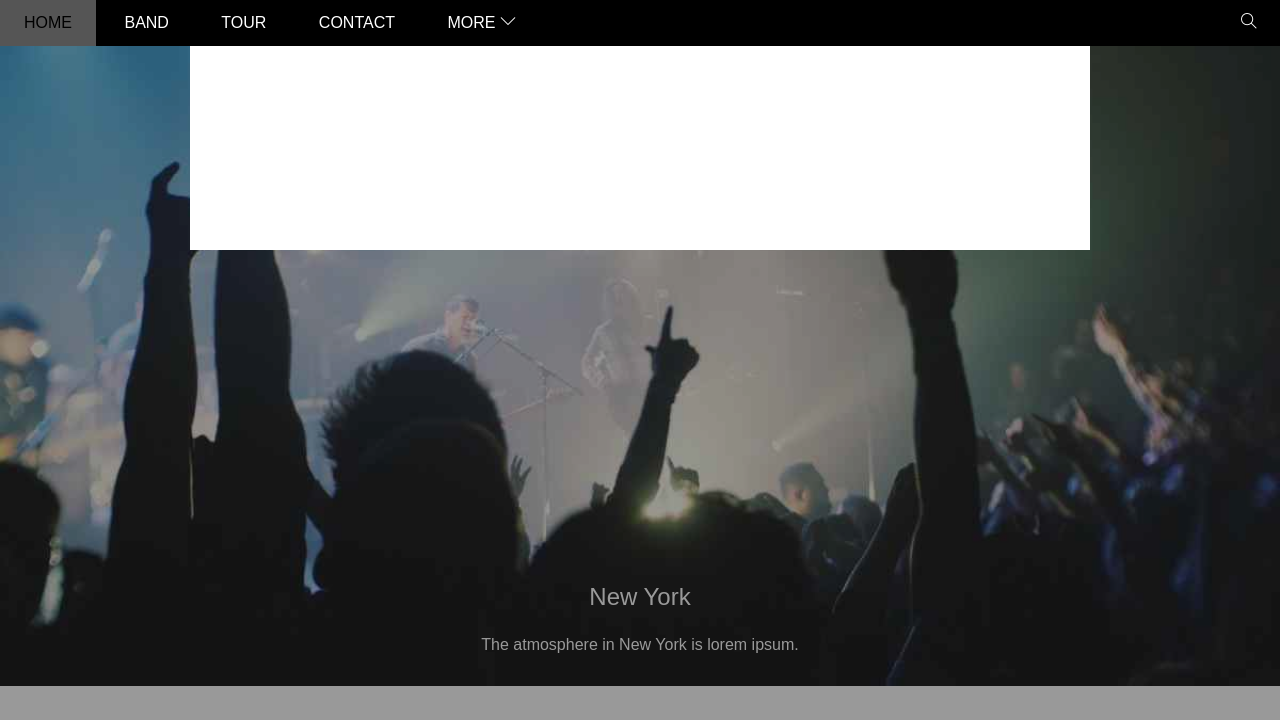
Repository: tung1233hhhhhhhhhhhhh/Website
Page: w3_band/index.html
The author's editor kept a copy of each file at every save. The page is drawn from the files as they stood at one save, then again after the next save.
The browser window is 1280 px wide. The pictures show the window.
A layer covers the whole window, so only the first screen is drawn.

Above is the page before, as saved 2023-02-18 21:12:13.

### w3_band/index.html
<!DOCTYPE html>
<html lang="en">

<head>
    <meta charset="UTF-8">
    <meta http-equiv="X-UA-Compatible" content="IE=edge">
    <meta name="viewport" content="width=device-width, initial-scale=1.0">
    <title>Document</title>
    <link rel="stylesheet" href="./assets/css/style.css">
    <link rel="stylesheet" href="/w3_band/assets/fonts/themify-icons/themify-icons.css">
    <link rel="stylesheet" href="./modal.js">
</head>

<body>
    <div id="main">
        <div id="header">
            <div id="nav">
                <ul>
                    <li><a href="">Home</a></li>
                    <li><a href="">Band</a></li>
                    <li><a href="">Tour</a></li>
                    <li><a href="">Contact</a></li>
                    <li class="icon">
                        <a href="">
                            More
                            <i class="ti-angle-down"></i>
                        </a>
                        <div class="subnav">
                            <ul>
                                <li><a href="">Merchandise</a></li>
                                <li><a href="">Extras</a></li>
                                <li><a href="">Media</a></li>
                            </ul>
                        </div>
                    </li>
                </ul>
                <div class="icon-search">
                    <i class="ti-search"></i>
                </div>
            </div>
        </div>

        <div id="slider">
            <div class="silder-content">
                <h2 class="silder-heading">New York</h2>
                <p class="silder-discreption">The atmosphere in New York is lorem ipsum.</p>
            </div>
        </div>

        <div id="content">
            <!-- about content -->
            <div class="content-selection">
                <h2 class="text-heading">THE BAND</h2>
                <p class="text-sub-heading">We love music</p>
                <p class="text-content">
                    We have created a fictional band website. Lorem ipsum dolor sit amet, consectetur adipiscing elit,
                    sed do eiusmod tempor incididunt ut labore et dolore magna aliqua. Ut enim ad minim veniam, quis
                    nostrud exercitation ullamco laboris nisi ut aliquip ex ea commodo consequat. Duis aute irure dolor
                    in reprehenderit in voluptate velit esse cillum dolore eu fugiat nulla pariatur. Excepteur sint
                    occaecat cupidatat non proident, sunt in culpa qui officia deserunt mollit anim id est laborum
                    consectetur adipiscing elit, sed do eiusmod tempor incididunt ut labore et dolore magna aliqua. Ut
                    enim ad minim veniam, quis nostrud exercitation ullamco laboris nisi ut aliquip ex ea commodo
                    consequat.
                </p>
                <!-- img -->
                <div class="team-selection">
                    <div class="sub-selection">
                        <p class="text-selection">Team</p>
                        <img src="/w3_band/assets/img/name.jpg" alt="" class="img-selection">
                    </div>

                    <div class="sub-selection">
                        <p class="text-selection">Team</p>
                        <img src="/w3_band/assets/img/name.jpg" alt="" class="img-selection">
                    </div>

                    <div class="sub-selection">
                        <p class="text-selection">Team</p>
                        <img src="/w3_band/assets/img/name.jpg" alt="" class="img-selection">
                    </div>
                </div>
            </div>

            <!-- tour content -->

            <div class="content-tour">
                <div class="tour-body">
                    <div class="content-selection">
                        <h2 class="text-heading">TOUR DATES</h2>
                        <p class="text-sub-heading">Remember to book your tickets!</p>
                    </div>

                    <ul class="tour-text">
                        <li>
                            September
                            <span>Sold out</span>
                        </li>
                        <li>
                            October
                            <span>Sold out</span>
                        </li>
                        <li>
                            November
                            <span class="number">3</span>
                        </li>
                    </ul>

                    <div class="tour-list">
                        <div class="tourimg-selection">
                            <img src="/w3_band/assets/img/anh1.jpg" alt="">
                            <div class="container">
                                <p>
                                    <b>New York</b>
                                </p>
                                <p style="opacity: 0.6;">Fri 27 Nov 2016</p>
                                <p>Praesent tincidunt sed tellus ut rutrum sed vitae justo.</p>
                                <button> Buy Tickets</button>
                            </div>


                        </div>
                        <div class="tourimg-selection">
                            <img src="/w3_band/assets/img/anh2.jpg" alt="">
                            <div class="container">
                                <p>
                                    <b>Paris</b>
                                </p>
                                <p style="opacity: 0.6;">Sat 28 Nov 2016</p>
                                <p>Praesent tincidunt sed tellus ut rutrum sed vitae justo.</p>
                                <button> Buy Tickets</button>
                            </div>
                        </div>
                        <div class="tourimg-selection">
                            <img src="/w3_band/assets/img/anh3.jpg" alt="">
                            <div class="container">
                                <p>
                                    <b>San Francisco</b>
                                </p>
                                <p style="opacity: 0.6;">Sun 29 Nov 2016</p>
                                <p>Praesent tincidunt sed tellus ut rutrum sed vitae justo.</p>
                                <button> Buy Tickets</button>
                            </div>
                        </div>
                    </div>
                </div>
            </div>

            <!-- contact content -->

            <div class="contact-content">
                <div class="content-selection">
                    <h2 class="text-heading">CONTACT</h2>
                    <p class="text-sub-heading">Fan? Drop a note!</p>
                    <div class="contact">
                        <div class="contact-left">
                            <i class="ti-location-pin"></i>
                            Chicago, US
                            <br>
                            <i class="ti-mobile"></i>
                            Phone: +00 151515
                            <br>
                            <i class="ti-email"></i>
                            Email: mail@mail.com
                        </div>
                        <div class="contact-right">
                            <form action="">
                                <div class="account">
                                    <input type="text" placeholder="Name">
                                    <input type="text" placeholder="Email">
                                </div>
                                <input class="mes" type="text" placeholder="Message">
                                <button>SEND</button>
                            </form>
                        </div>
                    </div>
                </div>

            </div>

            <!-- image of location/map -->

            <div class="banner-image">
                <img src="/w3_band/assets/img/map.jpg" alt="">

            </div>


        </div>

        <div id="footer">
            <i class="ti-facebook"></i>
            <i class="ti-instagram"></i>
            <i class="ti-vimeo-alt"></i>
            <i class="ti-pinterest"></i>
            <i class="ti-twitter-alt"></i>
            <i class="ti-linkedin"></i>
            <p>Powered by <a href="">w3.css</a></p>
        </div>
    </div>
    <div class="modal">
        <div class="modal-container">
            <div class="modal-close">
                <i class="ti-close"></i>
            </div>
            <header>
                <i class="ti-bag"></i>
            </header>
            <div class="modal-body">
                <label for="" class="modal-lable">
                    <i class="ti-shopping-cart"></i>
                    Tickets, $15 per person
                </label>
                <input type="text" class="input-lable" placeholder="How many?">
                <label for="" class="modal-lable">
                    <i class="ti-user"></i>
                    Send To
                </label>
                <input type="text" class="input-lable" placeholder="Enter email">
            </div>
            <button class="modal-button">PAY</button>
            <p>need<a href="">help</a></p>

        </div>
    </div>


</body>

</html>

### w3_band/assets/css/style.css
* {
    padding: 0;
    margin: 0;
    box-sizing: border-box;
}

html {
    font-family: Arial, Helvetica, sans-serif;
}

#main {}

#header {
    height: 46px;
    background-color: #000;
    position: fixed;
    top: 0;
    right: 0;
    left: 0;
    z-index: 1;
}

#nav li {
    display: inline-block;
    position: relative;
}

#nav li:hover .subnav {
    display: block;
}

#nav>ul>li:hover>a>i,
#nav .subnav li:hover,
#nav>ul>li:hover>a {
    color: #000;
    background-color: #555;
}

#nav .subnav {
    display: none;
    position: absolute;
    background-color: #FFF;
    box-shadow: 0 0 20px rgba(0, 0, 0, 0.4);
}

#nav .subnav a {
    color: #000;
    padding: 0 12px;
    line-height: 38px;
}

#nav .subnav ul li {
    display: block;
    min-width: 150px;
}

#nav>ul>li>a {
    color: #fff;
    text-transform: uppercase;
}

#nav ul {
    display: inline-block;
}

#nav li a {
    text-decoration: none;
    line-height: 46px;
    padding: 0 24px;
    display: block;
}

#nav i {
    color: #fff;
    width: 20px;
}

#header .icon-search {
    display: block;
    float: right;
    line-height: 46px;
    padding: 0 23px;
}

#header .icon-search:hover {
    cursor: pointer;
    background-color: #f44336;
}

#slider {
    margin-top: 46px;
    padding-top: 50%;
    background: url(/w3_band/assets/img/ny.jpg) top center / cover no-repeat;
    position: relative;
}

.silder-content {
    position: absolute;
    bottom: 0;
    color: #fff;
    padding-bottom: 32px;
    text-align: center;
    width: 100%;
}

.silder-heading {
    font-weight: 500;
}

.silder-discreption {
    margin-top: 25px;
}

#content {}

#content .content-selection {
    padding: 64px 0px;
    margin-left: auto;
    margin-right: auto;
    width: 800px;
}

#content .content-selection .text-heading {
    text-align: center;
    font-size: 30px;
    font-weight: 500;
    letter-spacing: 4px;
}

#content .content-selection .text-sub-heading {
    text-align: center;
    font-size: 15px;
    margin-top: 25px;
    opacity: 0.6;
    font-style: italic;
}

#content .content-selection .text-content {
    font-size: 15px;
    margin-top: 25px;
    text-align: justify;
    line-height: 1.4;
}

#content .content-selection .team-selection {
    padding-top: 47px;
    padding-bottom: 32px;
    justify-items: space-between;
}

#content .team-selection .sub-selection {
    display: inline-block;
    text-align: center;
}

#content .sub-selection p {
    margin: 15px 0;
}



#content .team-selection .img-selection {
    width: 60%;
    border-radius: 4px;
    margin-bottom: 16px;
}

/* tour content  */


#content .content-tour {
    height: 850px;
    background-color: #000;
    color: #fff;
}

#content .content-tour .tour-body {
    width: 800px;
    margin-left: auto;
    margin-right: auto;
}

#content .content-tour .tour-text {
    background-color: #FFF;
    display: block;
    color: #000;
}

#content .tour-text>li {
    height: 22, 5px;
    padding: 8px 16px;
    list-style: none;
}

#content .tour-text>li:first-child {
    border-bottom: 1px solid #999;
}

#content .tour-text>li:last-child {
    border-top: 1px solid #999;
}

#content .tour-text span {
    /* border-radius: 4px; */
    display: inline-block;
    background-color: red;
    padding: 4px;
    margin-left: 4px;
    color: #fff;
}

#content .tour-text .number {
    /* margin-left: 50px; */
    background-color: black;
    float: right;
    border-radius: 50%;
    margin-top: -3px;
}

#content .tour-list {
    padding: 32px 0;
    right: 0;
    left: 0;
    margin: 0 -8px;
    position: relative;
}

#content .tourimg-selection {
    width: 33.33333%;
    float: left;
    padding: 0 8px;
    justify-content: space-between;
}

#content .tourimg-selection .container {
    /* text-align: center; */
    background-color: #fff;
    color: #000;
    height: 204px;
    padding-left: 16px;
    font-size: 15px;
    line-height: 1.5;
    margin-top: -4px;
    margin-bottom: 15px;
}



#content .tourimg-selection .container>p {
    padding-top: 15px;
}

#content .tourimg-selection .container button {
    color: #fff;
    background-color: #000;
    margin-top: 15px;
    text-align: center;
    cursor: pointer;
    white-space: nowrap;
    border: none;
    display: inline-block;
    padding: 8px 16px;
    vertical-align: middle;
    overflow: hidden;
    text-decoration: none;
}

#content .container button:hover {
    background-color: #ccc;
    color: #000;
}

#content .tourimg-selection img {
    width: 100%;
    background-image: cover;
}

/* contact content */


#content .contact-content {
    padding: 45px 0;
}

#content .contact {
    padding-top: 47px;
    padding-bottom: 32px;
}

#content .contact .contact-left {
    width: 49%;
    display: inline-block;
    font-size: 18px;
}

#content .contact .contact-left i {
    display: inline-block;
    font-size: inherit;
    width: 30px;
    line-height: 1.5;
}

#content .contact .contact-right {
    width: 49%;
    /* display: inline-block; */
    float: right;
}


.contact .contact-right form {
    width: 400px;
    position: relative;
    display: inline-block
}

.contact .contact-right form .account {
    margin-bottom: 10px;
}

.contact .contact-right .account input {
    padding: 8px;
    margin-right: 16px;
}

.contact .contact-right form .mes {
    width: 95.7%;
    padding: 8px;
}

.contact .contact-right form button {
    /* position: absolute; */
    margin: 16px 0;
    padding: 8px 16px;
    margin-left: 309px;
    background-color: black;
    color: #fff;
}

.contact .contact-right form button:hover {
    cursor: pointer;
    background-color: #ccc;
    color: black;
    border: none;
}

/* image of location/map */

.banner-image img {
    width: 100%;
    filter: grayscale(50%);
}

#content {}


#footer {
    padding: 64px 16px;
    text-align: center;
    justify-content: center;
    opacity: 0.6;
}

#footer p {
    margin: 30px 0;
    display: block;
    font-size: 15px;
}

#footer i {
    font-size: 25px;

    display: inline-block;
    text-rendering: auto;
}


.modal {
    position: fixed;
    top: 0;
    left: 0;
    right: 0;
    bottom: 0;

    background-color: rgba(0, 0, 0, 0.4);
}

.modal .modal-container {
    width: 900px;
    height: 500px;
    background-color: #FFF;
    margin: 0 auto;
    transform: translateY(-50%);
}

Loaded but not shown: w3_band/assets/fonts/themify-icons/themify-icons.css (common file); w3_band/modal.js (no stored copy; drawn as an empty file)

After the next save:
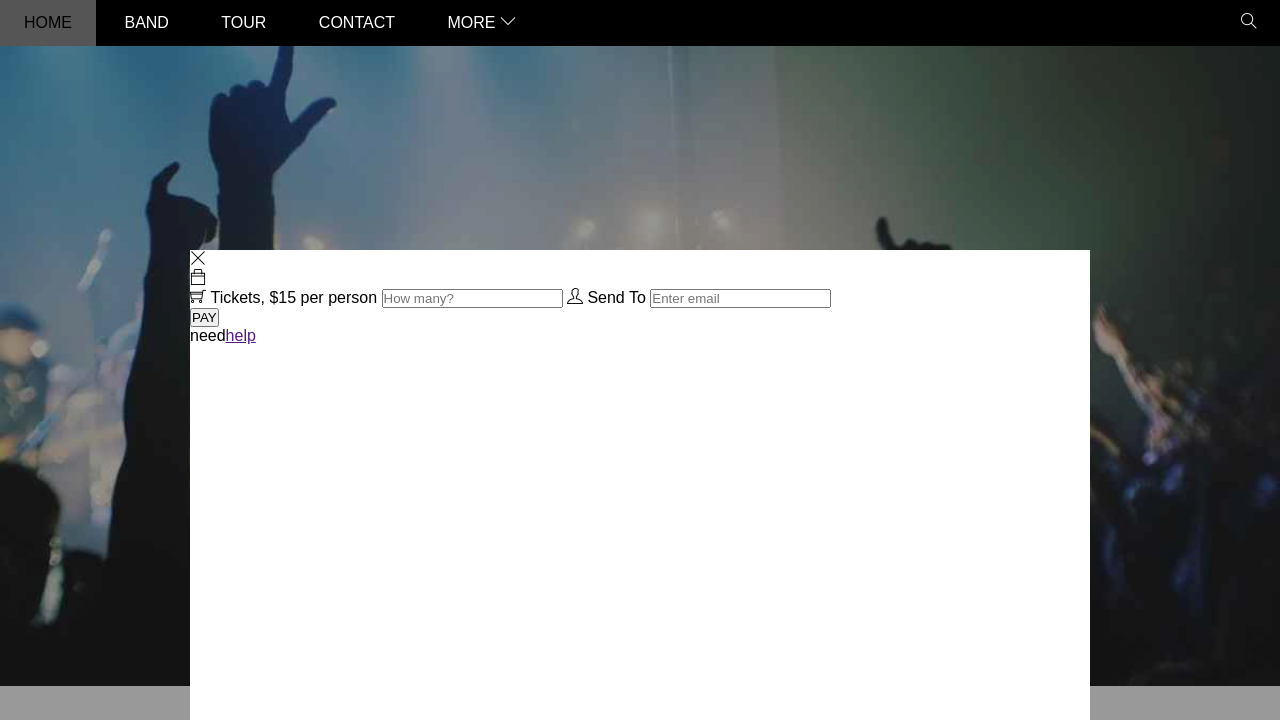
Saved 4 s later.
--- a/w3_band/assets/css/style.css
+++ b/w3_band/assets/css/style.css
@@ -389,5 +389,5 @@
     height: 500px;
     background-color: #FFF;
     margin: 0 auto;
-    transform: translateY(-50%);
-}
+    transform: translateY(50%);
+}
